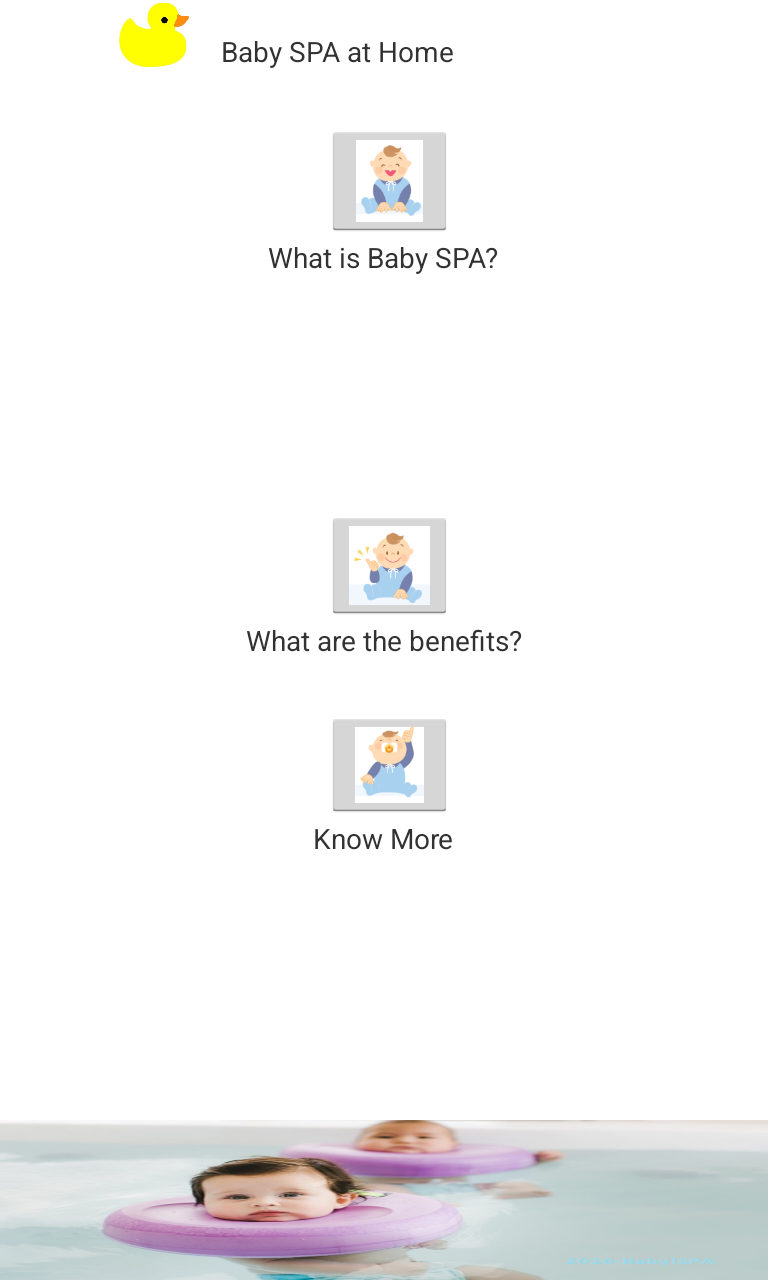
Repository: prettyamalia12/babyspa
Layout: Baby!SPA/res/layout/homepage.xml
These files come from the project's save history. The layout is drawn as it stood at one moment and after the next save; the edit follows.
It is drawn on a 768 x 1280 px phone screen (xhdpi) without system bars, with theme AppTheme; the app's code is not run.

Above is the layout before, as saved 2016-12-02 04:50:29.

After the next save:
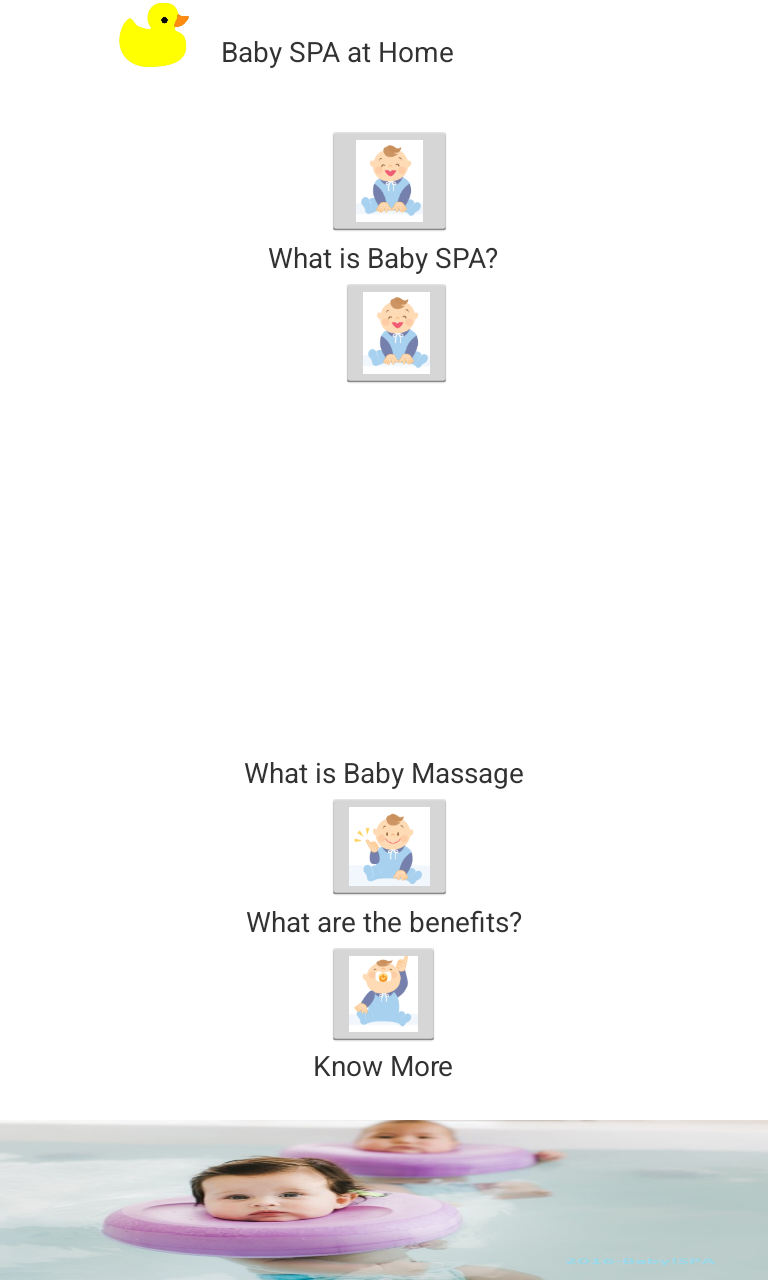
Saved 2 min 4 s later.
--- a/Baby!SPA/res/layout/homepage.xml
+++ b/Baby!SPA/res/layout/homepage.xml
@@ -39,38 +39,12 @@
         android:text="@string/baby" />
 
     <ImageButton
-        android:id="@+id/imageButton3"
-        android:layout_width="wrap_content"
-        android:layout_height="wrap_content"
-        android:layout_alignLeft="@+id/btnBack1"
-        android:layout_alignRight="@+id/btnBack1"
-        android:layout_below="@+id/textView3"
-        android:layout_marginTop="26dp"
-        android:src="@drawable/how" />
-
-    <ImageButton
         android:id="@+id/btnBack1"
         android:layout_width="wrap_content"
         android:layout_height="wrap_content"
         android:layout_above="@+id/textView3"
         android:layout_alignRight="@+id/textView4"
         android:src="@drawable/whatbenefit" />
-
-    <TextView
-        android:id="@+id/textView4"
-        android:layout_width="wrap_content"
-        android:layout_height="wrap_content"
-        android:layout_below="@+id/imageButton3"
-        android:layout_centerHorizontal="true"
-        android:text="@string/knowmore" />
-
-    <TextView
-        android:id="@+id/textView3"
-        android:layout_width="wrap_content"
-        android:layout_height="wrap_content"
-        android:layout_centerHorizontal="true"
-        android:layout_centerVertical="true"
-        android:text="@string/benefits" />
 
     <ImageButton
         android:id="@+id/imageButton2"
@@ -82,4 +56,46 @@
         android:layout_marginTop="27dp"
         android:src="@drawable/what" />
 
+    <ImageButton
+        android:id="@+id/imageButton3"
+        android:layout_width="wrap_content"
+        android:layout_height="wrap_content"
+        android:layout_above="@+id/imageView1"
+        android:layout_alignLeft="@+id/btnBack1"
+        android:layout_marginBottom="36dp"
+        android:src="@drawable/how" />
+
+    <TextView
+        android:id="@+id/textView4"
+        android:layout_width="wrap_content"
+        android:layout_height="wrap_content"
+        android:layout_above="@+id/imageView1"
+        android:layout_centerHorizontal="true"
+        android:layout_marginBottom="18dp"
+        android:text="@string/knowmore" />
+
+    <TextView
+        android:id="@+id/textView3"
+        android:layout_width="wrap_content"
+        android:layout_height="wrap_content"
+        android:layout_above="@+id/imageButton3"
+        android:layout_centerHorizontal="true"
+        android:text="@string/benefits" />
+
+    <ImageButton
+        android:id="@+id/imageButton1"
+        android:layout_width="wrap_content"
+        android:layout_height="wrap_content"
+        android:layout_alignRight="@+id/imageButton2"
+        android:layout_below="@+id/textViewisi"
+        android:src="@drawable/what" />
+
+    <TextView
+        android:id="@+id/textView1"
+        android:layout_width="wrap_content"
+        android:layout_height="wrap_content"
+        android:layout_above="@+id/btnBack1"
+        android:layout_centerHorizontal="true"
+        android:text="What is Baby Massage" />
+
 </RelativeLayout>
